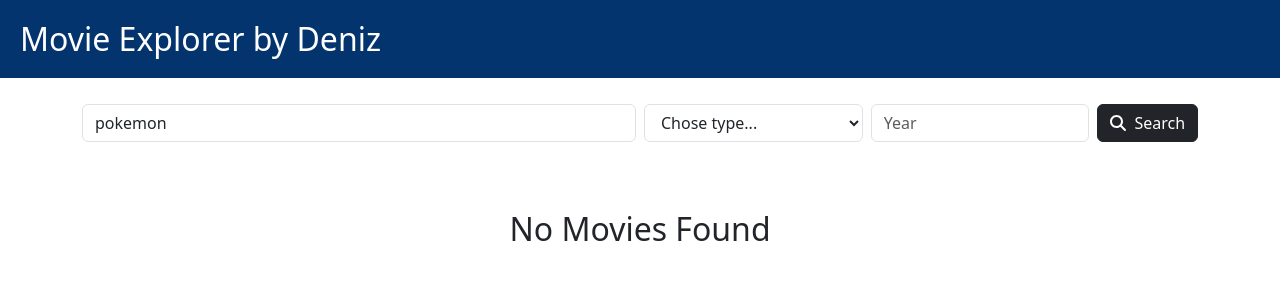
Repository: denizdizi/movie-explorer
Page: /
These files come from the project's save history. The page is drawn as it stood at one moment and after the next save; the edit follows.
The browser window is 1280 px wide. The pictures show the whole page.
The page's requests for data from a server got no answer. The project was rebuilt for these pictures with package versions that can differ from the ones it lists, and the page was loaded fresh each time. No one was signed in, and anything a server would have sent is missing. Also part of the build but not shown: src/App.css, src/components/MovieCard.js, src/components/Pagination.js, src/pages/MovieDetail.js.

Above is the page before, as saved 2025-03-29 01:47:57.

After the next save:
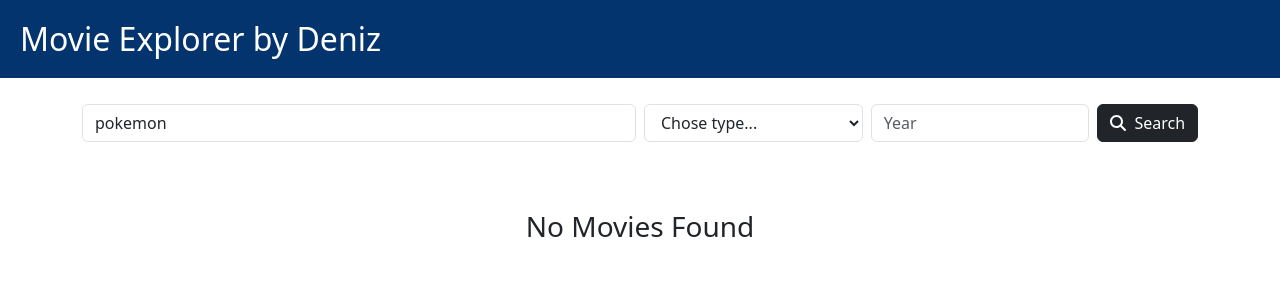
Saved 15 s later.
--- a/src/components/MovieList.js
+++ b/src/components/MovieList.js
@@ -8,7 +8,7 @@ const MovieList = ({ movies }) => {
       <div className="movie-list container mt-4">
         <Row className="g-3 justify-content-center">
           <Col xs={12} className="text-center">
-            <h2>No Movies Found</h2>
+            <h3>No Movies Found</h3>
           </Col>
         </Row>
       </div>
